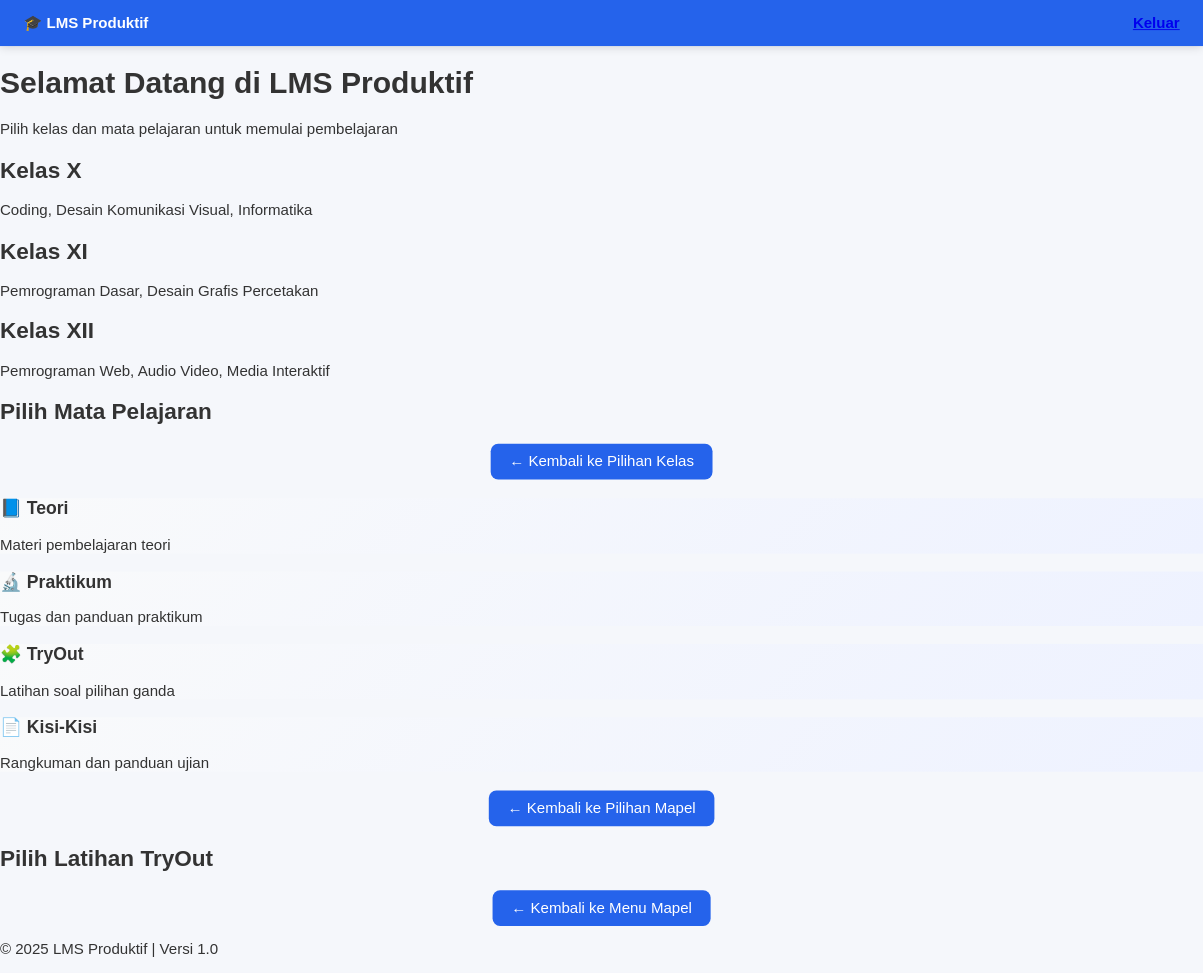
Repository: smkmutipugademak/elearning
Page: index.html
These files come from the project's save history. The page is drawn as it stood at one moment and after a run of saves; the edit follows.
The browser window is 1280 px wide. The pictures show the whole page, at 94% of full size.

Above is the page before, as saved 2025-11-07 00:47:10.

### index.html
<!DOCTYPE html>
<html lang="id">
<head>
  <meta charset="UTF-8">
  <meta name="viewport" content="width=device-width, initial-scale=1.0">
  <title>LMS Produktif | Dashboard</title>
  <link rel="stylesheet" href="style.css">
</head>
<body>
  <header class="navbar">
    <div class="logo">🎓 LMS Produktif</div>
    <a href="#" class="btn-logout">Keluar</a>
  </header>

  <main class="dashboard">
    <h1>Selamat Datang di LMS Produktif</h1>
    <p class="subtitle">Pilih kelas dan mata pelajaran untuk memulai pembelajaran</p>

    <!-- PILIH KELAS -->
    <section id="kelasSection" class="dashboard-grid">
      <div class="card kelas" data-kelas="X">
        <h2>Kelas X</h2>
        <p>Coding, Desain Komunikasi Visual, Informatika</p>
      </div>
      <div class="card kelas" data-kelas="XI">
        <h2>Kelas XI</h2>
        <p>Pemrograman Dasar, Desain Grafis Percetakan</p>
      </div>
      <div class="card kelas" data-kelas="XII">
        <h2>Kelas XII</h2>
        <p>Pemrograman Web, Audio Video, Media Interaktif</p>
      </div>
    </section>

    <!-- PILIH MAPEL -->
    <section id="mapelSection" class="hidden">
      <h2>Pilih Mata Pelajaran</h2>
      <div id="mapelList" class="dashboard-grid"></div>
      <button class="btn-back-home" id="backToKelas">← Kembali ke Pilihan Kelas</button>
    </section>

    <!-- PILIH MENU (Teori, Praktikum, TryOut, Kisi-Kisi) -->
    <section id="menuSection" class="hidden">
      <h2 id="selectedMapelTitle"></h2>
      <div class="dashboard-grid" id="menuList">
        <div class="card menu" data-menu="teori">
          <h3>📘 Teori</h3>
          <p>Materi pembelajaran teori</p>
        </div>
        <div class="card menu" data-menu="praktikum">
          <h3>🔬 Praktikum</h3>
          <p>Tugas dan panduan praktikum</p>
        </div>
        <div class="card menu" data-menu="tryout">
          <h3>🧩 TryOut</h3>
          <p>Latihan soal pilihan ganda</p>
        </div>
        <div class="card menu" data-menu="kisikisi">
          <h3>📄 Kisi-Kisi</h3>
          <p>Rangkuman dan panduan ujian</p>
        </div>
      </div>
      <button class="btn-back-home" id="backToMapel">← Kembali ke Pilihan Mapel</button>
    </section>

    <!-- PILIH BAB TRYOUT -->
    <section id="babSection" class="hidden">
      <h2>Pilih Latihan TryOut</h2>
      <div id="babList" class="dashboard-grid"></div>
      <button class="btn-back-home" id="backToMenu">← Kembali ke Menu Mapel</button>
    </section>
  </main>

  <footer class="footer">
    <p>© 2025 LMS Produktif | Versi 1.0</p>
  </footer>
    <script src="home.js"></script>
</body>

### style.css
body {
    margin: 0;
    font-family: "Poppins", sans-serif;
    background: #f5f7fb;
    color: #333;
}

.navbar {
    display: flex;
    justify-content: space-between;
    align-items: center;
    background: #2563eb;
    color: white;
    padding: 15px 25px;
    font-weight: 600;
    box-shadow: 0 2px 10px rgba(0, 0, 0, 0.15);
}

.timer {
    font-size: 1.1rem;
    font-weight: 600;
    background: #1e40af;
    padding: 6px 14px;
    border-radius: 8px;
    box-shadow: 0 0 10px rgba(255, 255, 255, 0.15);
}

.btn-back {
    background: white;
    color: #2563eb;
    padding: 8px 16px;
    border-radius: 8px;
    text-decoration: none;
    font-weight: 500;
    transition: 0.3s;
}

.btn-back:hover {
    background: #e2e8f0;
}

.content {
    display: flex;
    justify-content: center;
    padding: 25px 10px 50px;
}

.quiz-container {
    width: 100%;
    max-width: 820px;
    background: #ffffff;
    border-radius: 16px;
    padding: 35px 30px;
    box-shadow: 0 5px 15px rgba(0, 0, 0, 0.08);
}

.user-info {
    display: flex;
    flex-wrap: wrap;
    gap: 10px;
    margin-bottom: 25px;
}

.user-info input,
.user-info select {
    flex: 1 1 calc(33% - 10px);
    min-width: 180px;
    padding: 10px 12px;
    border-radius: 10px;
    border: 1px solid #d1d5db;
    background: #f9fafb;
    font-size: 15px;
}

.user-info input:focus,
.user-info select:focus {
    border-color: #2563eb;
    background: #fff;
    outline: none;
}

.question {
    background: #f9fafc;
    border-radius: 14px;
    padding: 20px 22px;
    margin-bottom: 24px;
    border: 1px solid #e5e7eb;
    transition: 0.3s;
}

.question:hover {
    background: #f1f5ff;
    transform: translateY(-2px);
}

pre code {
    display: block;
    background: #0f172a;
    color: #e2e8f0;
    padding: 14px;
    border-radius: 10px;
    overflow-x: auto;
}

label {
    display: block;
    margin: 6px 0;
    font-size: 15px;
    cursor: pointer;
}

button {
    display: block;
    margin: 30px auto 0;
    padding: 12px 28px;
    border: none;
    border-radius: 10px;
    background: #2563eb;
    color: white;
    font-size: 16px;
    font-weight: 600;
    cursor: pointer;
    transition: 0.3s;
}

button:hover {
    background: #1d4ed8;
    transform: scale(1.05);
}

button:disabled {
    background: #9ca3af;
    cursor: not-allowed;
    transform: none;
}

.result-box {
    background: #e0f2fe;
    border-left: 6px solid #0ea5e9;
    padding: 15px;
    border-radius: 10px;
    margin-bottom: 20px;
    text-align: center;
}

.feedback-item {
    background: #f9fafc;
    border-radius: 10px;
    padding: 15px 20px;
    margin: 20px 0;
    border-left: 5px solid transparent;
    box-shadow: 0 2px 8px rgba(0, 0, 0, 0.05);
}

.feedback-item.benar {
    border-left-color: #22c55e;
    background: #f0fdf4;
}

.feedback-item.salah {
    border-left-color: #ef4444;
    background: #fef2f2;
}

.btn-pembahasan {
    background: #e2e8f0;
    color: #1e293b;
    font-size: 14px;
    padding: 6px 12px;
    border-radius: 6px;
    margin-top: 8px;
    cursor: pointer;
}

.pembahasan {
    display: none;
    background: #ecfdf5;
    color: #166534;
    padding: 10px;
    border-radius: 8px;
    margin-top: 6px;
}

/* Animasi warna saat waktu hampir habis */
.timer.warning {
    background: #f97316;
    /* orange */
    animation: pulse-warning 1s ease-in-out infinite alternate;
}

.timer.danger {
    background: #dc2626;
    /* merah */
    color: #fff;
    animation: pulse-danger 0.8s ease-in-out infinite alternate;
}

@keyframes pulse-warning {
    0% {
        transform: scale(1);
        box-shadow: 0 0 10px rgba(249, 115, 22, 0.5);
    }

    100% {
        transform: scale(1.08);
        box-shadow: 0 0 18px rgba(249, 115, 22, 0.8);
    }
}

@keyframes pulse-danger {
    0% {
        transform: scale(1);
        box-shadow: 0 0 12px rgba(220, 38, 38, 0.6);
    }

    100% {
        transform: scale(1.1);
        box-shadow: 0 0 20px rgba(220, 38, 38, 0.9);
    }
}

/* === MENU LEVEL === */
#menuSection h2 {
    color: #1e3a8a;
    margin-bottom: 20px;
}

#menuList .card.menu {
    background: linear-gradient(135deg, #f9fafb, #eef2ff);
}

#menuList .card.menu:hover {
    background: linear-gradient(135deg, #e0e7ff, #c7d2fe);
}

/* Responsif tombol kembali */
.btn-back-home {
    margin-top: 20px;
    background: #2563eb;
    color: #fff;
    border: none;
    padding: 10px 20px;
    border-radius: 8px;
    font-weight: 500;
    cursor: pointer;
}

.btn-back-home:hover {
    background: #1e40af;
}

/* === INFO LATIHAN === */
.info-latihan {
    text-align: center;
    background: #f9fafb;
    border-radius: 12px;
    padding: 15px;
    margin-bottom: 25px;
    box-shadow: 0 3px 6px rgba(0, 0, 0, 0.05);
}

.info-latihan h3 {
    color: #1e3a8a;
    margin: 0;
}

.info-latihan p {
    color: #555;
    margin: 5px 0 0;
    font-size: 0.95rem;
}

.judul-box {
    display: inline-block;
    padding: 8px 16px;
    border-left: 4px solid #2563eb;
}

/* === RESPONSIVE DESIGN === */

/* Untuk layar tablet (max 992px) */
@media (max-width: 992px) {
    .quiz-container {
        padding: 25px 20px;
    }

    .navbar {
        flex-direction: column;
        text-align: center;
        gap: 10px;
    }

    .timer {
        font-size: 1rem;
    }

    .user-info input,
    .user-info select {
        flex: 1 1 100%;
    }

    button {
        width: 80%;
    }
}

/* Untuk layar smartphone (max 768px) */
@media (max-width: 768px) {
    body {
        font-size: 15px;
    }

    .navbar {
        padding: 10px 15px;
    }

    .btn-back {
        padding: 6px 10px;
        font-size: 14px;
    }

    .timer {
        font-size: 0.95rem;
        padding: 5px 10px;
    }

    .quiz-container {
        width: 95%;
        padding: 20px 15px;
        border-radius: 12px;
    }

    .question {
        padding: 15px;
    }

    pre code {
        font-size: 13px;
        padding: 10px;
    }

    .info-latihan {
        padding: 10px;
        margin-bottom: 15px;
    }

    button {
        width: 90%;
        padding: 10px;
        font-size: 15px;
    }
}

/* Untuk layar kecil (max 480px) */
@media (max-width: 480px) {
    .navbar {
        flex-direction: column;
        padding: 8px 10px;
    }

    .timer {
        font-size: 0.9rem;
        padding: 4px 8px;
    }

    .btn-back {
        font-size: 13px;
        padding: 5px 8px;
    }

    .quiz-container {
        width: 100%;
        border-radius: 10px;
        padding: 15px;
    }

    .question {
        margin-bottom: 16px;
    }

    label {
        font-size: 14px;
    }

    button {
        font-size: 14px;
        padding: 8px 12px;
    }

    .result-box {
        font-size: 14px;
        padding: 10px;
    }

    .feedback-item {
        font-size: 14px;
        padding: 10px 12px;
    }

    .info-latihan h3 {
        font-size: 1rem;
    }

    .info-latihan p {
        font-size: 0.85rem;
    }
}

### home.js
const kelasSection = document.getElementById("kelasSection");
const mapelSection = document.getElementById("mapelSection");
const mapelList = document.getElementById("mapelList");
const babSection = document.getElementById("babSection");
const babList = document.getElementById("babList");
const backToKelas = document.getElementById("backToKelas");
const backToMapel = document.getElementById("backToMapel");

const mapelPerKelas = {
    X: ["Coding", "Desain Komunikasi Visual", "Informatika"],
    XI: ["Pemrograman Dasar", "Desain Grafis Percetakan"],
    XII: ["Pemrograman Web dan Perangkat Bergerak", "Teknik Pengolahan Audio dan Video", "Desain Media Interaktif"]
};

const babListData = ["Latihan Bab 1", "Latihan Bab 2", "Latihan Bab 3"];

document.querySelectorAll(".kelas").forEach(card => {
    card.addEventListener("click", () => {
        const kelas = card.getAttribute("data-kelas");
        kelasSection.classList.add("hidden");
        mapelSection.classList.remove("hidden");
        mapelList.innerHTML = "";

        mapelPerKelas[kelas].forEach(mapel => {
            const div = document.createElement("div");
            div.className = "card mapel fade-in";
            div.innerHTML = `<h3>${mapel}</h3><p>Kelas ${kelas}</p>`;
            div.addEventListener("click", () => {
                showBab(mapel);
            });
            mapelList.appendChild(div);
        });
    });
});

function showBab(mapel) {
    mapelSection.classList.add("hidden");
    babSection.classList.remove("hidden");
    babList.innerHTML = "";

    babListData.forEach((bab, index) => {
        const div = document.createElement("div");
        div.className = "card bab fade-in";
        div.innerHTML = `<h3>${bab}</h3><p>${mapel}</p>`;
        div.addEventListener("click", () => {
            // Simpan info mapel dan bab jika ingin dipakai di latihan.html
            localStorage.setItem("selectedMapel", mapel);
            localStorage.setItem("selectedBab", bab);
            window.location.href = "latihan.html";
        });
        babList.appendChild(div);
    });
}

backToKelas.addEventListener("click", () => {
    mapelSection.classList.add("hidden");
    kelasSection.classList.remove("hidden");
});

backToMapel.addEventListener("click", () => {
    babSection.classList.add("hidden");
    mapelSection.classList.remove("hidden");
});

### home.css
/* === DASHBOARD HOME === */
.dashboard {
    text-align: center;
    padding: 50px 20px;
}

.dashboard h1 {
    font-size: 2rem;
    color: #1e3a8a;
    margin-bottom: 10px;
}

.subtitle {
    font-size: 1.1rem;
    color: #555;
    margin-bottom: 40px;
}

.dashboard-grid {
    display: grid;
    grid-template-columns: repeat(auto-fit, minmax(220px, 1fr));
    gap: 20px;
    justify-content: center;
    align-items: stretch;
    padding: 10px 0 40px;
}

.card {
    background: white;
    border-radius: 16px;
    box-shadow: 0 4px 10px rgba(0, 0, 0, 0.1);
    padding: 25px 20px;
    transition: all 0.3s ease;
    cursor: pointer;
    border: 2px solid transparent;
}

.card:hover {
    transform: translateY(-5px);
    border-color: #2563eb;
    box-shadow: 0 8px 16px rgba(37, 99, 235, 0.25);
}

.card h2,
.card h3 {
    margin: 0 0 10px;
    color: #2563eb;
}

.card p {
    color: #666;
    font-size: 0.95rem;
}

.hidden {
    display: none;
}

.btn-back-home {
    background: #2563eb;
    color: white;
    border: none;
    padding: 10px 20px;
    border-radius: 10px;
    cursor: pointer;
    transition: 0.3s;
    font-weight: 500;
}

.btn-back-home:hover {
    background: #1e40af;
}

.fade-in {
    animation: fadeIn 0.4s ease-in-out;
}

@keyframes fadeIn {
    from {
        opacity: 0;
        transform: translateY(10px);
    }

    to {
        opacity: 1;
        transform: translateY(0);
    }
}

/* === DASHBOARD HOME === */
.dashboard {
    text-align: center;
    padding: 50px 20px;
}

.dashboard h1 {
    font-size: 2rem;
    color: #1e3a8a;
    margin-bottom: 10px;
}

.subtitle {
    font-size: 1.1rem;
    color: #555;
    margin-bottom: 40px;
}

.dashboard-grid {
    display: grid;
    grid-template-columns: repeat(auto-fit, minmax(220px, 1fr));
    gap: 20px;
    justify-content: center;
    align-items: stretch;
    padding: 10px 0 40px;
}

.card {
    background: white;
    border-radius: 16px;
    box-shadow: 0 4px 10px rgba(0, 0, 0, 0.1);
    padding: 25px 20px;
    transition: all 0.3s ease;
    cursor: pointer;
    border: 2px solid transparent;
}

.card:hover {
    transform: translateY(-5px);
    border-color: #2563eb;
    box-shadow: 0 8px 16px rgba(37, 99, 235, 0.25);
}

.card h2,
.card h3 {
    margin: 0 0 10px;
    color: #2563eb;
}

.card p {
    color: #666;
    font-size: 0.95rem;
}

.hidden {
    display: none;
}

.btn-back-home {
    background: #2563eb;
    color: white;
    border: none;
    padding: 10px 20px;
    border-radius: 10px;
    cursor: pointer;
    transition: 0.3s;
    font-weight: 500;
}

.btn-back-home:hover {
    background: #1e40af;
}

.fade-in {
    animation: fadeIn 0.4s ease-in-out;
}

@keyframes fadeIn {
    from {
        opacity: 0;
        transform: translateY(10px);
    }

    to {
        opacity: 1;
        transform: translateY(0);
    }
}

/* === RESPONSIVE DASHBOARD === */

/* Tablet (≤992px) */
@media (max-width: 992px) {
    .dashboard {
        padding: 40px 15px;
    }

    .dashboard h1 {
        font-size: 1.8rem;
    }

    .subtitle {
        font-size: 1rem;
        margin-bottom: 30px;
    }

    .dashboard-grid {
        grid-template-columns: repeat(auto-fit, minmax(200px, 1fr));
        gap: 16px;
    }

    .card {
        padding: 20px 16px;
    }
}

/* Smartphone (≤768px) */
@media (max-width: 768px) {
    .dashboard {
        padding: 30px 10px;
    }

    .dashboard h1 {
        font-size: 1.6rem;
    }

    .subtitle {
        font-size: 0.95rem;
    }

    .dashboard-grid {
        grid-template-columns: repeat(auto-fit, minmax(160px, 1fr));
        gap: 15px;
    }

    .card {
        padding: 18px;
    }

    .card h2,
    .card h3 {
        font-size: 1.1rem;
    }

    .card p {
        font-size: 0.85rem;
    }

    .btn-back-home {
        width: 90%;
        font-size: 0.9rem;
    }
}

/* HP kecil (≤480px) */
@media (max-width: 480px) {
    .dashboard {
        padding: 25px 10px;
    }

    .dashboard h1 {
        font-size: 1.4rem;
    }

    .subtitle {
        font-size: 0.9rem;
    }

    .dashboard-grid {
        grid-template-columns: 1fr;
        gap: 12px;
    }

    .card {
        padding: 16px 12px;
        border-radius: 12px;
    }

    .card h2,
    .card h3 {
        font-size: 1rem;
    }

    .card p {
        font-size: 0.85rem;
    }

    .btn-back-home {
        width: 100%;
        font-size: 0.85rem;
        padding: 8px 12px;
    }
}

After the next 2 saves:
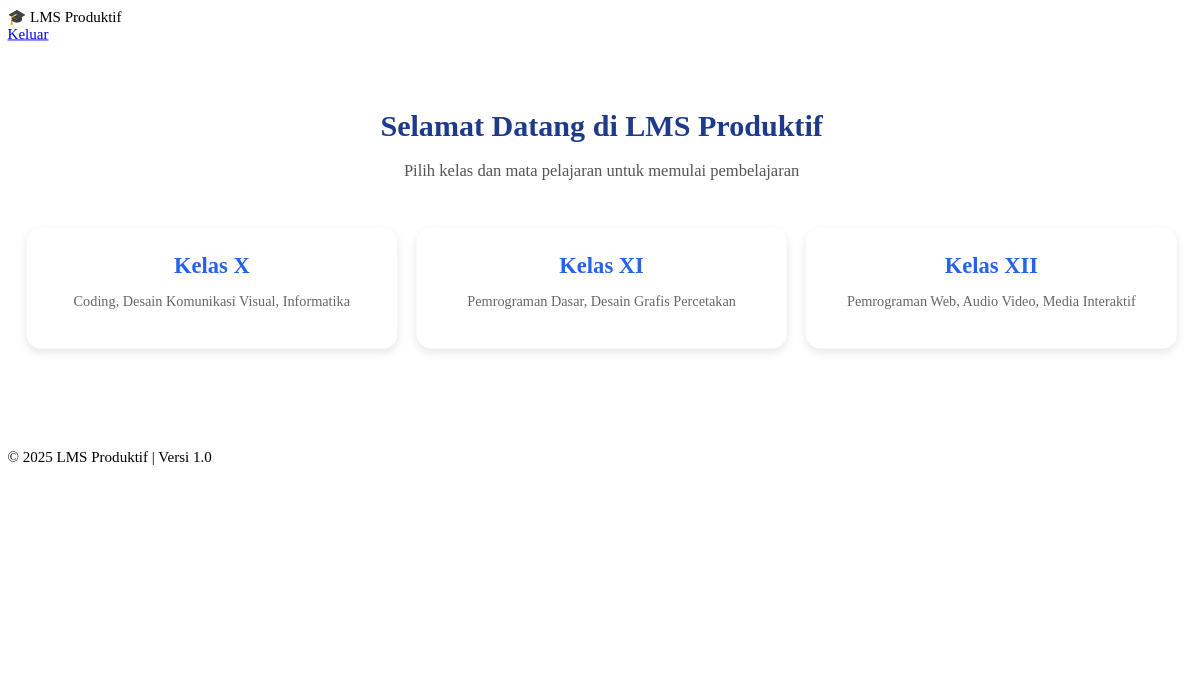
The 2 saves are shown as one change because they came seconds apart.
The last was saved 9 s later.
--- a/index.html
+++ b/index.html
@@ -1,78 +1,80 @@
 <!DOCTYPE html>
 <html lang="id">
+
 <head>
-  <meta charset="UTF-8">
-  <meta name="viewport" content="width=device-width, initial-scale=1.0">
-  <title>LMS Produktif | Dashboard</title>
-  <link rel="stylesheet" href="style.css">
+    <meta charset="UTF-8">
+    <meta name="viewport" content="width=device-width, initial-scale=1.0">
+    <title>LMS Produktif | Dashboard</title>
+    <link rel="stylesheet" href="home.css">
 </head>
+
 <body>
-  <header class="navbar">
-    <div class="logo">🎓 LMS Produktif</div>
-    <a href="#" class="btn-logout">Keluar</a>
-  </header>
+    <header class="navbar">
+        <div class="logo">🎓 LMS Produktif</div>
+        <a href="#" class="btn-logout">Keluar</a>
+    </header>
 
-  <main class="dashboard">
-    <h1>Selamat Datang di LMS Produktif</h1>
-    <p class="subtitle">Pilih kelas dan mata pelajaran untuk memulai pembelajaran</p>
+    <main class="dashboard">
+        <h1>Selamat Datang di LMS Produktif</h1>
+        <p class="subtitle">Pilih kelas dan mata pelajaran untuk memulai pembelajaran</p>
 
-    <!-- PILIH KELAS -->
-    <section id="kelasSection" class="dashboard-grid">
-      <div class="card kelas" data-kelas="X">
-        <h2>Kelas X</h2>
-        <p>Coding, Desain Komunikasi Visual, Informatika</p>
-      </div>
-      <div class="card kelas" data-kelas="XI">
-        <h2>Kelas XI</h2>
-        <p>Pemrograman Dasar, Desain Grafis Percetakan</p>
-      </div>
-      <div class="card kelas" data-kelas="XII">
-        <h2>Kelas XII</h2>
-        <p>Pemrograman Web, Audio Video, Media Interaktif</p>
-      </div>
-    </section>
+        <!-- PILIH KELAS -->
+        <section id="kelasSection" class="dashboard-grid">
+            <div class="card kelas" data-kelas="X">
+                <h2>Kelas X</h2>
+                <p>Coding, Desain Komunikasi Visual, Informatika</p>
+            </div>
+            <div class="card kelas" data-kelas="XI">
+                <h2>Kelas XI</h2>
+                <p>Pemrograman Dasar, Desain Grafis Percetakan</p>
+            </div>
+            <div class="card kelas" data-kelas="XII">
+                <h2>Kelas XII</h2>
+                <p>Pemrograman Web, Audio Video, Media Interaktif</p>
+            </div>
+        </section>
 
-    <!-- PILIH MAPEL -->
-    <section id="mapelSection" class="hidden">
-      <h2>Pilih Mata Pelajaran</h2>
-      <div id="mapelList" class="dashboard-grid"></div>
-      <button class="btn-back-home" id="backToKelas">← Kembali ke Pilihan Kelas</button>
-    </section>
+        <!-- PILIH MAPEL -->
+        <section id="mapelSection" class="hidden">
+            <h2>Pilih Mata Pelajaran</h2>
+            <div id="mapelList" class="dashboard-grid"></div>
+            <button class="btn-back-home" id="backToKelas">← Kembali ke Pilihan Kelas</button>
+        </section>
 
-    <!-- PILIH MENU (Teori, Praktikum, TryOut, Kisi-Kisi) -->
-    <section id="menuSection" class="hidden">
-      <h2 id="selectedMapelTitle"></h2>
-      <div class="dashboard-grid" id="menuList">
-        <div class="card menu" data-menu="teori">
-          <h3>📘 Teori</h3>
-          <p>Materi pembelajaran teori</p>
-        </div>
-        <div class="card menu" data-menu="praktikum">
-          <h3>🔬 Praktikum</h3>
-          <p>Tugas dan panduan praktikum</p>
-        </div>
-        <div class="card menu" data-menu="tryout">
-          <h3>🧩 TryOut</h3>
-          <p>Latihan soal pilihan ganda</p>
-        </div>
-        <div class="card menu" data-menu="kisikisi">
-          <h3>📄 Kisi-Kisi</h3>
-          <p>Rangkuman dan panduan ujian</p>
-        </div>
-      </div>
-      <button class="btn-back-home" id="backToMapel">← Kembali ke Pilihan Mapel</button>
-    </section>
+        <!-- PILIH MENU (Teori, Praktikum, TryOut, Kisi-Kisi) -->
+        <section id="menuSection" class="hidden">
+            <h2 id="selectedMapelTitle"></h2>
+            <div class="dashboard-grid" id="menuList">
+                <div class="card menu" data-menu="teori">
+                    <h3>📘 Teori</h3>
+                    <p>Materi pembelajaran teori</p>
+                </div>
+                <div class="card menu" data-menu="praktikum">
+                    <h3>🔬 Praktikum</h3>
+                    <p>Tugas dan panduan praktikum</p>
+                </div>
+                <div class="card menu" data-menu="tryout">
+                    <h3>🧩 TryOut</h3>
+                    <p>Latihan soal pilihan ganda</p>
+                </div>
+                <div class="card menu" data-menu="kisikisi">
+                    <h3>📄 Kisi-Kisi</h3>
+                    <p>Rangkuman dan panduan ujian</p>
+                </div>
+            </div>
+            <button class="btn-back-home" id="backToMapel">← Kembali ke Pilihan Mapel</button>
+        </section>
 
-    <!-- PILIH BAB TRYOUT -->
-    <section id="babSection" class="hidden">
-      <h2>Pilih Latihan TryOut</h2>
-      <div id="babList" class="dashboard-grid"></div>
-      <button class="btn-back-home" id="backToMenu">← Kembali ke Menu Mapel</button>
-    </section>
-  </main>
+        <!-- PILIH BAB TRYOUT -->
+        <section id="babSection" class="hidden">
+            <h2>Pilih Latihan TryOut</h2>
+            <div id="babList" class="dashboard-grid"></div>
+            <button class="btn-back-home" id="backToMenu">← Kembali ke Menu Mapel</button>
+        </section>
+    </main>
 
-  <footer class="footer">
-    <p>© 2025 LMS Produktif | Versi 1.0</p>
-  </footer>
+    <footer class="footer">
+        <p>© 2025 LMS Produktif | Versi 1.0</p>
+    </footer>
     <script src="home.js"></script>
 </body>
